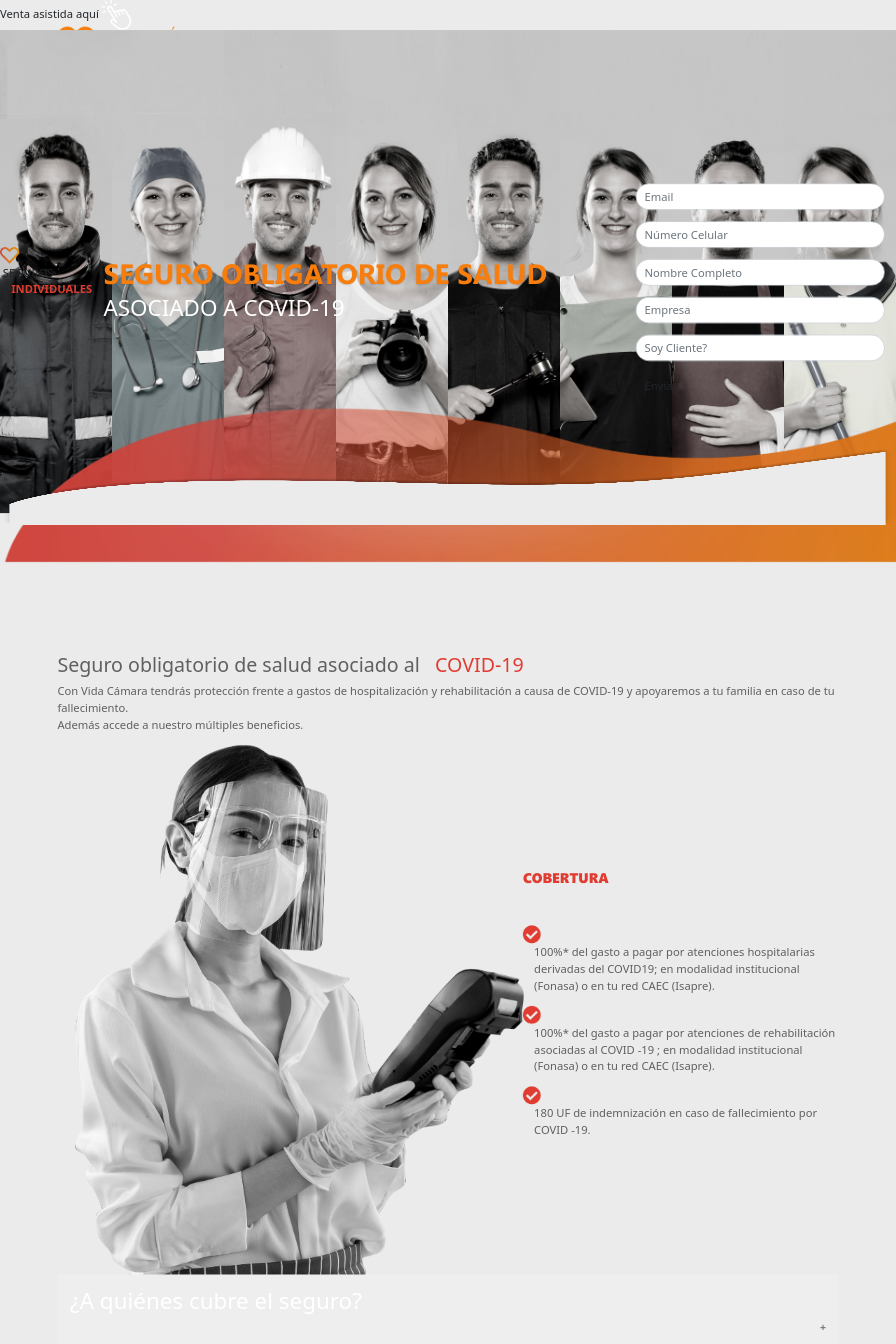
Repository: Darigo30/vidacamara
Page: index.html
The author's editor kept a copy of each file at every save. The page is drawn from the files as they stood at one save, then again after a run of saves.
The browser window is 1280 px wide. The pictures show the part of the page from y = 0 to 1920 px (the page is 4271 px tall), at 70% of full size.
Some web fonts or font styles are not loaded; a fallback is used. Some web libraries are served in a nearby version.

Above is the page before, as saved 2021-07-30 07:41:31.

After the next 2 saves:
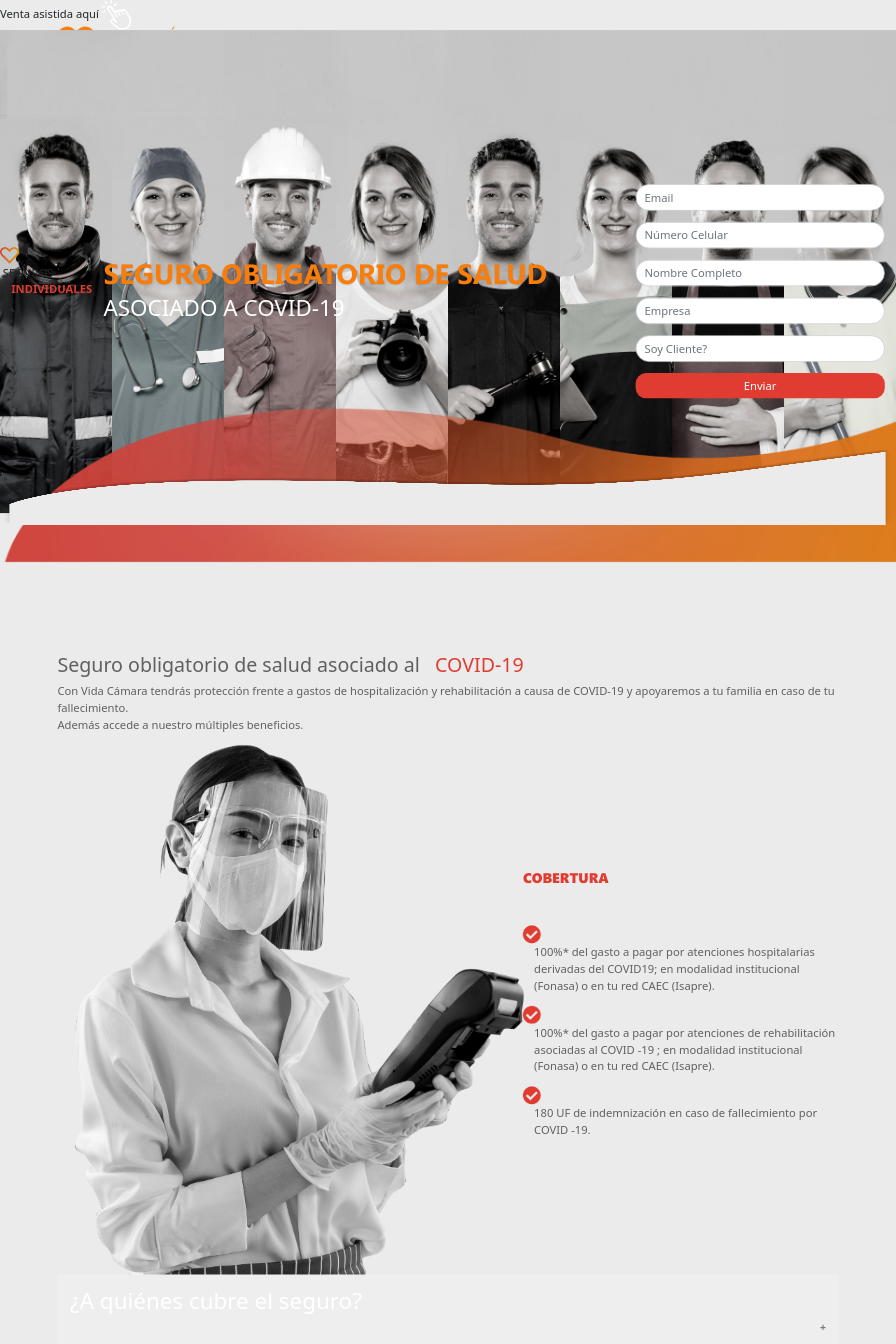
The 2 saves are shown as one change because they came seconds apart.
The last was saved 8 s later.
--- a/index.html
+++ b/index.html
@@ -121,7 +121,7 @@
                 placeholder="Soy Cliente?"
                 />
             </div>
-            <button class="btn bg-header__btn-grande">Enviar</button>
+            <button class="btn btn-primary btn-grande">Enviar</button>
             </div>
         </div>
         </div>
